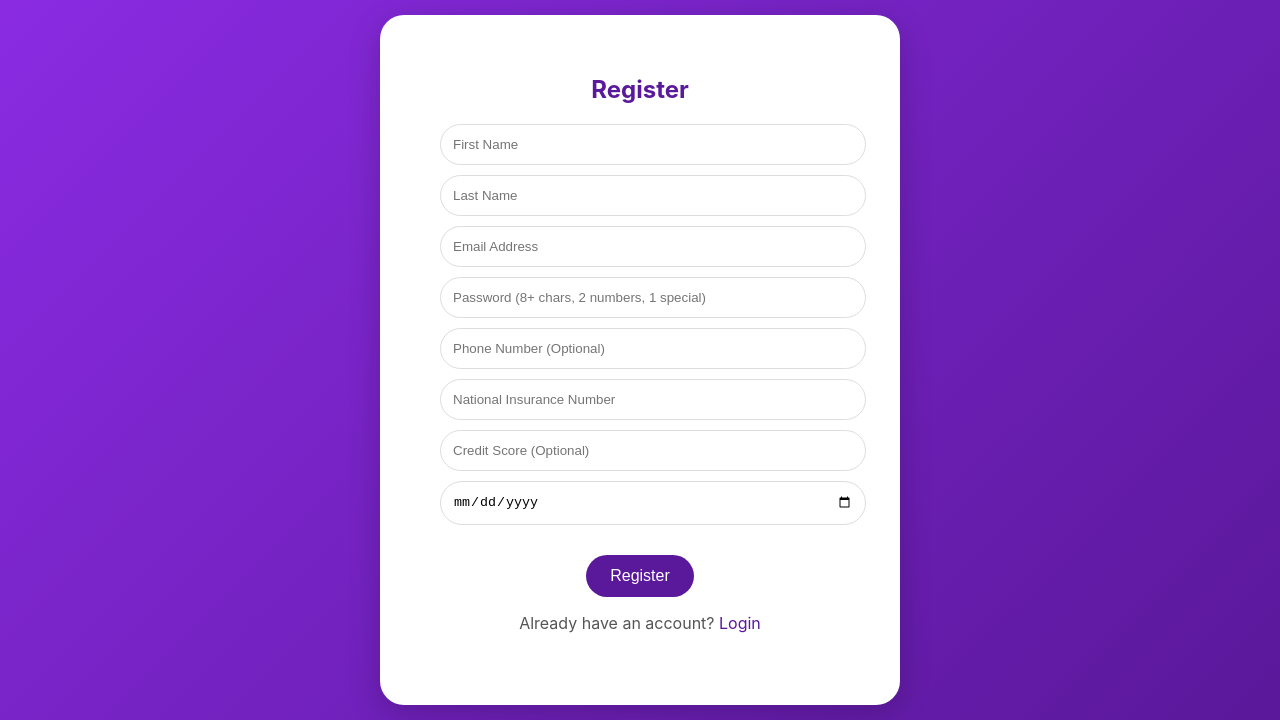
Repository: aab232/https---github.com-aab232-Deferred-Payment-Platform
Page: /register (app in frontend/)
An editor plug-in stored every save of this project. The page is shown before and after the next save, followed by the edit.
The browser window is 1280 px wide. The pictures show the whole page.
The project was rebuilt for these pictures with package versions that can differ from the ones it lists, and the page was loaded fresh each time. Also part of the build but not shown: frontend/src/components/Home.js, frontend/src/components/Login.js.

Above is the page before, as saved 2025-03-18 00:36:33.

### frontend/src/App.js
import React from 'react';
import { BrowserRouter as Router, Routes, Route } from 'react-router-dom';
import Home from './components/Home';
import Register from './components/Register';
import Login from './components/Login';

const App = () => {
  return (
    <Router>
      <Routes>
        <Route path="/" element={<Home />} />
        <Route path="/login" element={<Login />} />
        <Route path="/register" element={<Register />} />
      </Routes>
    </Router>
  );
};

export default App;

### frontend/src/components/Register.js
import React, { useState } from 'react';
import axios from 'axios';
import { useNavigate } from 'react-router-dom';
import './Form.css';

const Register = () => {
  const [formData, setFormData] = useState({
    first_name: '',
    surname: '',
    email: '',
    password: '',
    phone_number: '',
    ni_number: '',
    date_of_birth: '',
  });

  const navigate = useNavigate();

  // Function to format the date to YYYY-MM-DD
  const formatDateForBackend = (date) => {
    const [day, month, year] = date.split('-'); // Split 'DD-MM-YYYY'
    return `${year}-${month}-${day}`; // Convert to 'YYYY-MM-DD'
  };

  // Handle input change
  const handleChange = (e) => {
    const { name, value } = e.target;
    setFormData({ ...formData, [name]: value });
  };

  // Handle form submission
  const handleSubmit = async (e) => {
    e.preventDefault();
    try {
      // Format the date before sending it to the backend
      const formattedDate = formatDateForBackend(formData.date_of_birth);

      const response = await axios.post('http://localhost:5000/register', { ...formData, date_of_birth: formattedDate });
      alert(response.data.message);
      if (response.data.success) navigate('/login'); // Redirect on successful registration
    } catch (error) {
      console.error('Registration error:', error);
      alert('Registration failed. Please try again.');
    }
  };

  return (
    <div className="container">
      <div className="form-card">
        <h2>Register</h2>
        <form onSubmit={handleSubmit}>
          <input
            type="text"
            name="first_name" // ✅ Match the state key exactly
            placeholder="First Name"
            value={formData.first_name}
            onChange={handleChange}
            required
          />
          <input
            type="text"
            name="surname" // ✅ Match the state key exactly
            placeholder="Last Name"
            value={formData.surname}
            onChange={handleChange}
            required
          />
          <input
            type="email"
            name="email"
            placeholder="Email Address"
            value={formData.email}
            onChange={handleChange}
            required
          />
          <input
            type="password"
            name="password"
            placeholder="Password (8+ chars, 2 numbers, 1 special)"
            value={formData.password}
            onChange={handleChange}
            required
          />
          <input
            type="text"
            name="phone_number" // ✅ Match the state key exactly
            placeholder="Phone Number (Optional)"
            value={formData.phone_number}
            onChange={handleChange}
            maxLength={15}
          />
          <input
            type="text"
            name="ni_number" // ✅ Match the state key exactly
            placeholder="National Insurance Number"
            value={formData.ni_number}
            onChange={handleChange}
            required

          />
          <input
          type="number"
          name="credit_score"
          placeholder="Credit Score (Optional)"
          value={formData.credit_score}
          onChange={handleChange}
            min="300"
            max="999"

          />
          <input
            type="date"
            name="date_of_birth" // ✅ Match the state key exactly
            placeholder="Date of Birth"
            value={formData.date_of_birth}
            onChange={handleChange}
            required
          />
          <button type="submit" className="btn">Register</button>
        </form>
        <p>Already have an account? <span onClick={() => navigate('/login')} className="link">Login</span></p>
      </div>
    </div>
  );
};

export default Register;

### frontend/src/components/Home.css
/* Centering and styling for Home page */
.container {
    display: flex;
    justify-content: center;
    align-items: center;
    height: 100vh; /* Full viewport height */
    background: linear-gradient(135deg, #8a2be2, #5a189a); /* Elegant gradient */
  }

  .card {
    text-align: center;
    background: #fff;
    padding: 40px 60px;
    border-radius: 24px;
    box-shadow: 0 8px 32px rgba(0, 0, 0, 0.2);
    max-width: 400px;
    width: 100%;
  }

  h1 {
    margin-bottom: 16px;
    font-size: 28px;
    color: #5a189a;
  }

  p {
    margin-bottom: 32px;
    font-size: 16px;
    color: #555;
  }

  .button-group {
    display: flex;
    justify-content: space-between;
  }

  .btn {
    padding: 12px 24px;
    font-size: 16px;
    border: none;
    border-radius: 30px; /* Rounded buttons */
    cursor: pointer;
    transition: background 0.3s ease;
    color: white;
    background: #5a189a;
  }

  .btn:hover {
    background: #8a2be2; /* Button hover effect */
  }

### frontend/src/components/Form.css
/* Form Styling for Login & Register */
.container {
    display: flex;
    justify-content: center;
    align-items: center;
    height: 100vh;
    background: linear-gradient(135deg, #8a2be2, #5a189a);
  }

  .form-card {
    background: white;
    padding: 40px 60px;
    border-radius: 24px;
    box-shadow: 0 8px 32px rgba(0, 0, 0, 0.2);
    max-width: 400px;
    width: 100%;
    text-align: center;
  }

  h2 {
    color: #5a189a;
  }

  input {
    display: block;
    width: 100%;
    margin: 10px 0;
    padding: 12px;
    border: 1px solid #ddd;
    border-radius: 30px; /* Rounded inputs */
  }

  .btn {
    padding: 12px 24px;
    margin-top: 20px;
    border-radius: 30px;
    border: none;
    color: white;
    background: #5a189a;
    cursor: pointer;
  }

  .btn:hover {
    background: #8a2be2;
  }

  .link {
    color: #5a189a;
    cursor: pointer;
  }

Loaded but not shown: frontend/public/index.html (common file); frontend/src/index.js (common file); frontend/src/index.css (common file)

After the next save:
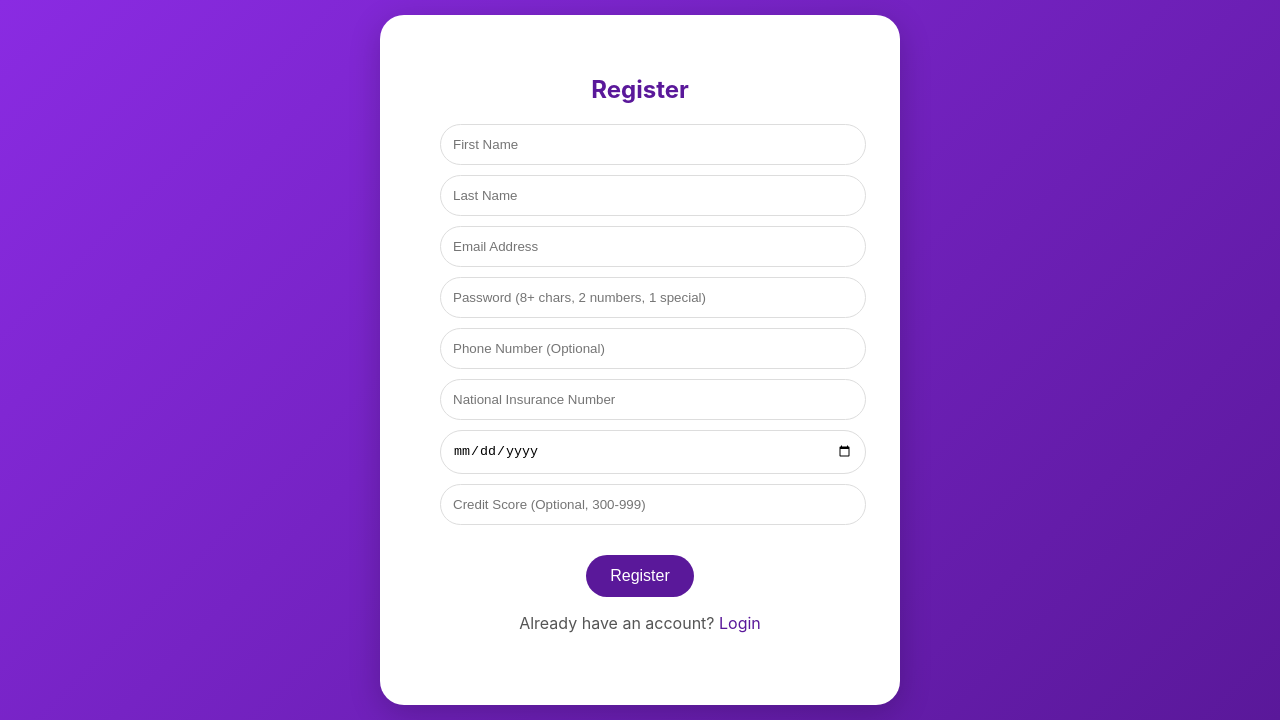
Saved 74 s later.
--- a/frontend/src/components/Register.js
+++ b/frontend/src/components/Register.js
@@ -1,6 +1,7 @@
 import React, { useState } from 'react';
 import axios from 'axios';
 import { useNavigate } from 'react-router-dom';
+import bcrypt from 'bcryptjs'; // Import bcrypt
 import './Form.css';
 
 const Register = () => {
@@ -12,6 +13,7 @@ const Register = () => {
     phone_number: '',
     ni_number: '',
     date_of_birth: '',
+    credit_score: '', // New field for credit score
   });
 
   const navigate = useNavigate();
@@ -31,11 +33,27 @@ const Register = () => {
   // Handle form submission
   const handleSubmit = async (e) => {
     e.preventDefault();
+
     try {
       // Format the date before sending it to the backend
       const formattedDate = formatDateForBackend(formData.date_of_birth);
 
-      const response = await axios.post('http://localhost:5000/register', { ...formData, date_of_birth: formattedDate });
+      // Hash the password
+      const hashedPassword = await bcrypt.hash(formData.password, 10);
+
+      // Create an object to send to the backend
+      const dataToSend = {
+        ...formData,
+        date_of_birth: formattedDate,
+        password: hashedPassword, // Send the hashed password
+      };
+
+      // Remove the credit score field if it's empty (optional field)
+      if (dataToSend.credit_score === '') {
+        delete dataToSend.credit_score;
+      }
+
+      const response = await axios.post('http://localhost:5000/register', dataToSend);
       alert(response.data.message);
       if (response.data.success) navigate('/login'); // Redirect on successful registration
     } catch (error) {
@@ -51,7 +69,7 @@ const Register = () => {
         <form onSubmit={handleSubmit}>
           <input
             type="text"
-            name="first_name" // ✅ Match the state key exactly
+            name="first_name"
             placeholder="First Name"
             value={formData.first_name}
             onChange={handleChange}
@@ -59,7 +77,7 @@ const Register = () => {
           />
           <input
             type="text"
-            name="surname" // ✅ Match the state key exactly
+            name="surname"
             placeholder="Last Name"
             value={formData.surname}
             onChange={handleChange}
@@ -83,7 +101,7 @@ const Register = () => {
           />
           <input
             type="text"
-            name="phone_number" // ✅ Match the state key exactly
+            name="phone_number"
             placeholder="Phone Number (Optional)"
             value={formData.phone_number}
             onChange={handleChange}
@@ -91,30 +109,28 @@ const Register = () => {
           />
           <input
             type="text"
-            name="ni_number" // ✅ Match the state key exactly
+            name="ni_number"
             placeholder="National Insurance Number"
             value={formData.ni_number}
             onChange={handleChange}
             required
-
-          />
-          <input
-          type="number"
-          name="credit_score"
-          placeholder="Credit Score (Optional)"
-          value={formData.credit_score}
-          onChange={handleChange}
-            min="300"
-            max="999"
-
           />
           <input
             type="date"
-            name="date_of_birth" // ✅ Match the state key exactly
+            name="date_of_birth"
             placeholder="Date of Birth"
             value={formData.date_of_birth}
             onChange={handleChange}
             required
+          />
+          <input
+            type="number"
+            name="credit_score"
+            placeholder="Credit Score (Optional, 300-999)"
+            value={formData.credit_score}
+            onChange={handleChange}
+            min="300"
+            max="999"
           />
           <button type="submit" className="btn">Register</button>
         </form>
